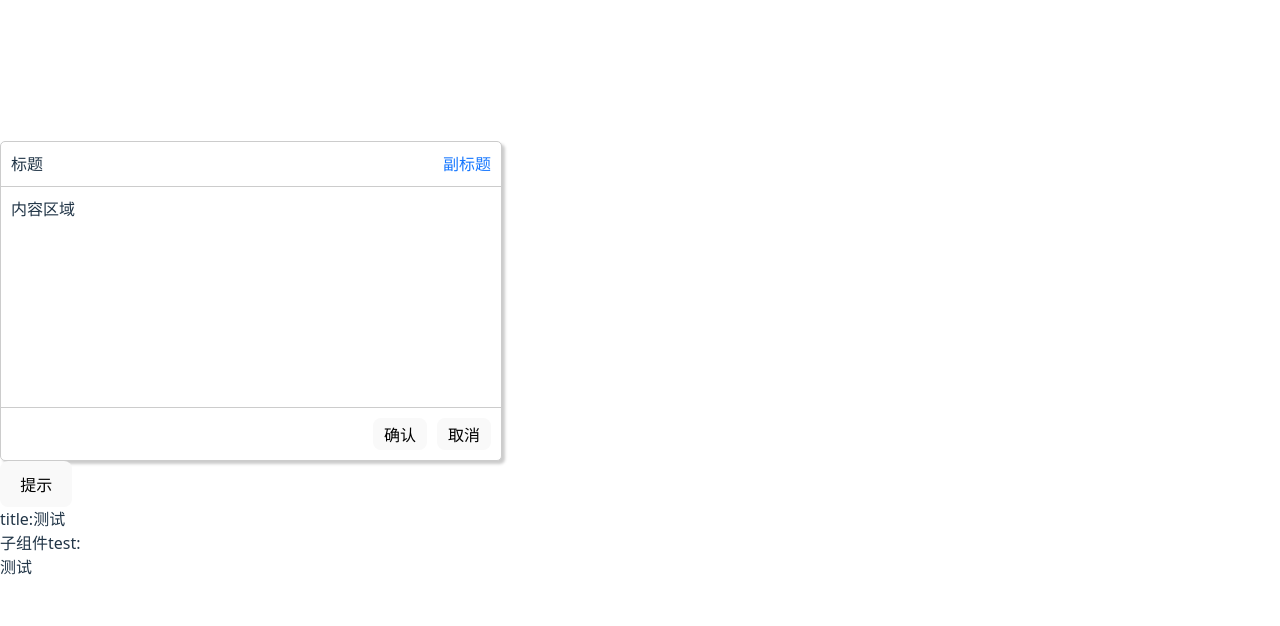
Repository: EDMZJJJ/learn-react
Page: /
These files come from the project's save history. The page is drawn as it stood at one moment and after the next save; the edit follows.
The browser window is 1280 px wide. The pictures show the whole page.
The project was rebuilt for these pictures with package versions that can differ from the ones it lists, and the page was loaded fresh each time. Also part of the build but not shown: vite.config.ts, src/components/Message/index.css, src/components/Message/index.tsx.

Above is the page before, as saved 2026-03-10 22:54:06.

### index.html
<!doctype html>
<html lang="en">
  <head>
    <meta charset="UTF-8" />
    <link rel="icon" type="image/svg+xml" href="/vite.svg" />
    <meta name="viewport" content="width=device-width, initial-scale=1.0" />
    <title>learn-react</title>
  </head>
  <body>
    <div id="root"></div>
    <script type="module" src="/src/main.tsx"></script>
  </body>
</html>

### src/main.tsx
import { StrictMode } from 'react'
import { createRoot } from 'react-dom/client'
import './index.css'
import App from './App.tsx'
import './components/Message/index.tsx'
createRoot(document.getElementById('root')!).render(
  <StrictMode>
    <App />
  </StrictMode>,
)

### src/App.tsx
import Card from "./components/Card"
import Test from "./components/Test"

function App() {
  //所有hook都必须在组件的最顶层调用，不能在循环或条件语句中调用它。

  return (
    <>
      <Card></Card>
      {/* 全局组件 */}
      <button onClick={() => window.onShow()}>提示</button>

      {/* 组件通信 */}
      <Test
        title={'测试'}
        id={1}
        obj={{ a: 1, b: 2 }}
        arr={[1, 2, 3]}
        cb={(a: number, b: number) => a + b}
        empty={null}
        element={<div>测试</div>}
        isGirl={false}
      >
      </Test>
    </>
  )
}

export default App

### src/components/Card/index.tsx
import './index.css'

export default function Card() {
    return (
        <div className='card'>
            <header>
                <div>标题</div>
                <div>副标题</div>
            </header>
            <main>
                内容区域
            </main>
            <footer>
                 <button>确认</button>
                 <button>取消</button>
            </footer>
        </div>
    )
}

### src/components/Test/index.tsx

interface Props {
    title?: string
    id: number
    obj: {
        a: number
        b: number
    }
    arr: number[]
    cb: (a: number, b: number) => number
    empty: null
    element: JSX.Element,
    isGirl:boolean
}

const Test:React.FC<Props> = (props)=>{
  console.log(props)
  return (
    <>
    <div>title:{props.title}</div>
    <div>子组件test:{props.element}</div>
    </>
  )
}
export default Test

### src/components/Card/index.css
.card {
  background: white;
  border-radius: 5px;
  border: 1px solid #ccc;
  width: 500px;
  box-shadow: 3px 3px 3px #ccc;

  header {
    display: flex;
    justify-content: space-between;
    align-items: center;
    border-bottom: 1px solid #ccc;
    padding: 10px;

    div:last-child {
      color: #1677ff;
    }
  }

  main {
    min-height: 200px;
    border-bottom: 1px solid #ccc;
    padding: 10px;
  }
  footer {
    display: flex;
    justify-content: flex-end;
    align-items: center;
    padding: 10px;
    button {
      margin-left: 10px;
      padding: 3px 10px;
    }
  }
}

Loaded but not shown: src/index.css (common file)

After the next save:
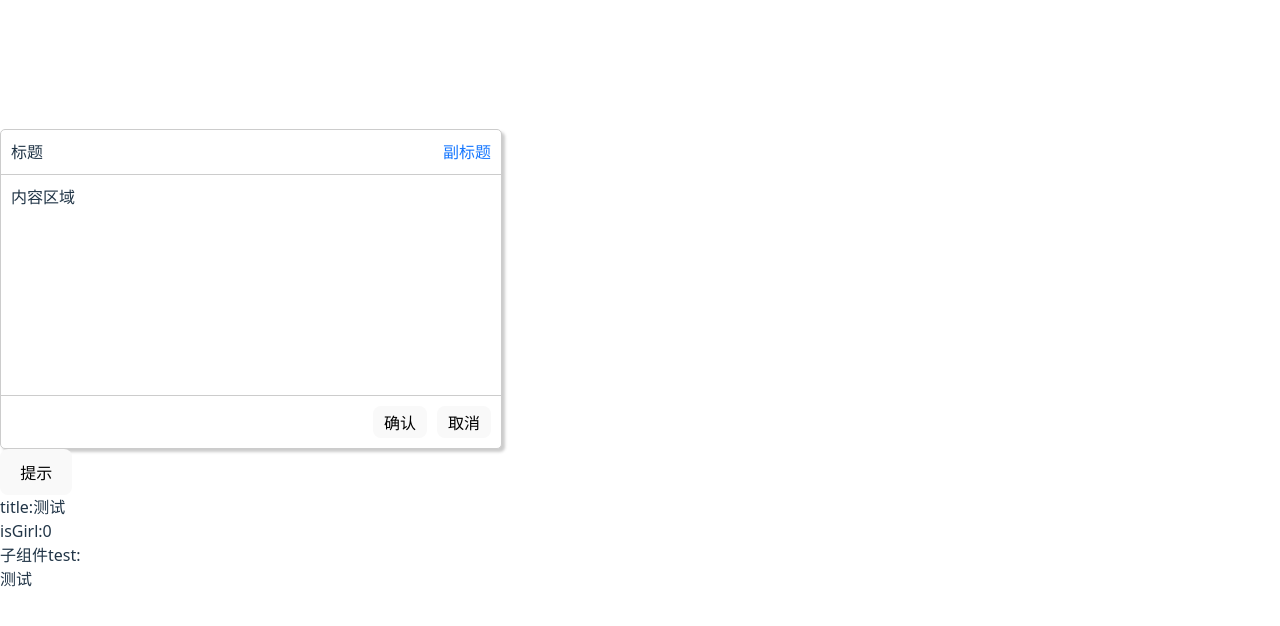
Saved 37 s later.
--- a/src/components/Test/index.tsx
+++ b/src/components/Test/index.tsx
@@ -18,6 +18,7 @@ const Test:React.FC<Props> = (props)=>{
   return (
     <>
     <div>title:{props.title}</div>
+    <div>isGirl:{props.isGirl?1:0}</div>
     <div>子组件test:{props.element}</div>
     </>
   )
